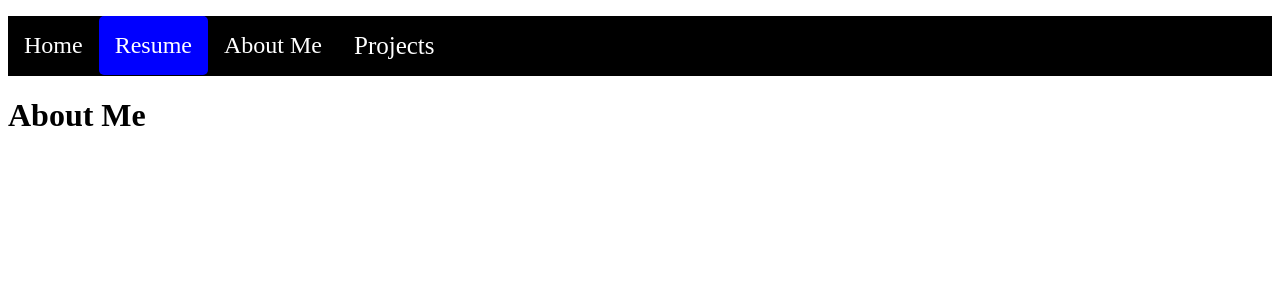
Repository: GunnarStone/GunnarStone.github.io
Page: aboutme.html
The author's editor kept a record of every edit. The page is drawn from the files as they stood at one moment, then again after the next edit.
The browser window is 1280 px wide. The pictures show the whole page.

Above is the page before.

After the next edit:
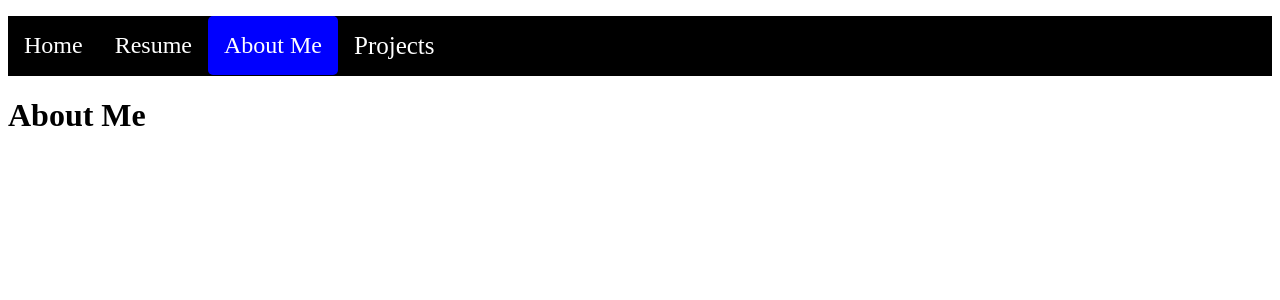
The edit:
--- a/aboutme.html
+++ b/aboutme.html
@@ -7,8 +7,8 @@
 <body>
     <ul class=navbar>
         <li><a href="index.html">Home</a></li>
-        <li class="active"><a href="resume.html">Resume</a></li>
-        <li><a href="aboutme.html">About Me</a></li>
+        <li><a href="resume.html">Resume</a></li>
+        <li class="active"><a href="aboutme.html">About Me</a></li>
         <li class="dropdown">
             <div class="youre-Special" >Projects</div>
             <ul class="dropdown-cnt">
